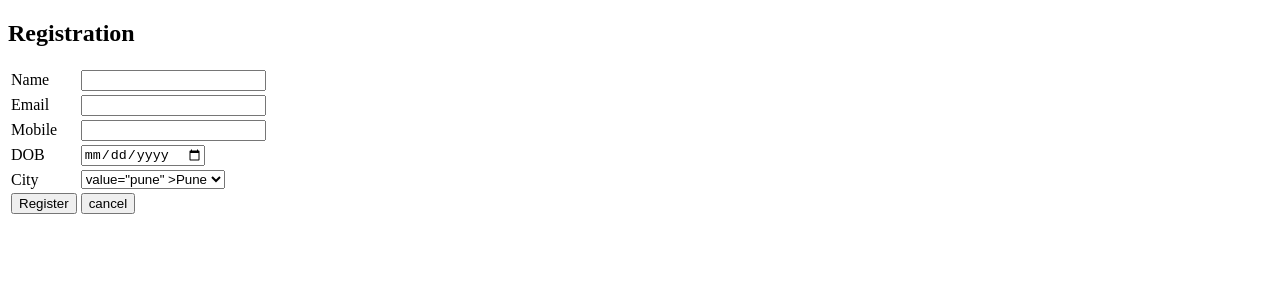
Repository: saurabh-7079/BookApp
Page: UserManagement/WebContent/index.html
The author's editor kept a copy of each file at every save. The page is drawn from the files as they stood at one save, then again after the next save.
The browser window is 1280 px wide. The pictures show the whole page.

Above is the page before, as saved 2023-06-05 14:01:59.

### UserManagement/WebContent/index.html
<!DOCTYPE html>
<html>
<head>
<meta charset="ISO-8859-1">
<title>Insert title here</title>
</head>
<body>
<form action="register" method="post" class="form" id="frm">
      <h2>Registration </h2>
      <table>
      <tr>
      <td>Name</td>
      <td><input type="text" name="userName" required></td>
      </tr>
      <tr>
      <td>Email</td>
      <td><input type="email" name="email" required></td>
      </tr>
      <tr>
      <td>Mobile</td>
      <td><input type="text" name="mobile" required></td>
      </tr>
      <tr>
      <td>DOB</td>
      <td><input type="date" name="dob" required></td>
      </tr>
      <tr>
      <td>City</td>
      <td><select name="city">
          <option> value="pune" >Pune</option>
          <option value="mumbai">Mumbai</option>
          <option value="delhi">Delhi</option>
          <option value="banglore">Banglore</option>
      </select></td>
      </tr>
      <tr>
      <td><button type="submit"> Register</button></td>
      <td><button type="reset"> cancel</button></td>
      </tr>
      </table>

   </form>

</body>
</html>

After the next save:
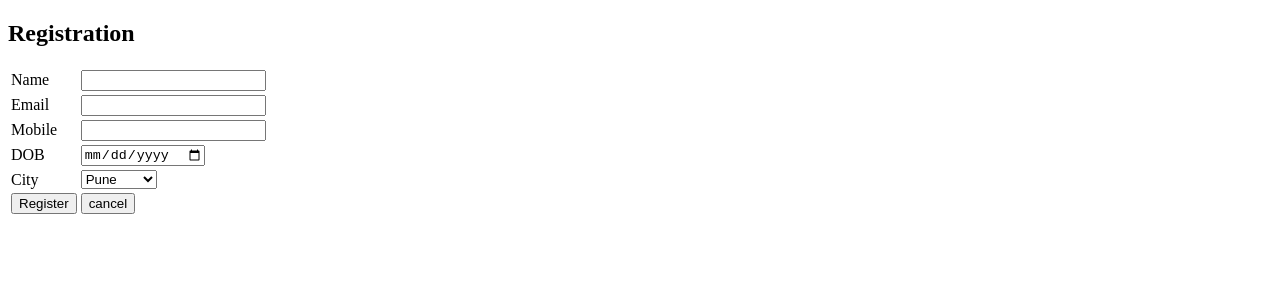
Saved 34 s later.
--- a/UserManagement/WebContent/index.html
+++ b/UserManagement/WebContent/index.html
@@ -27,7 +27,7 @@
       <tr>
       <td>City</td>
       <td><select name="city">
-          <option> value="pune" >Pune</option>
+          <option value="pune" >Pune</option>
           <option value="mumbai">Mumbai</option>
           <option value="delhi">Delhi</option>
           <option value="banglore">Banglore</option>
